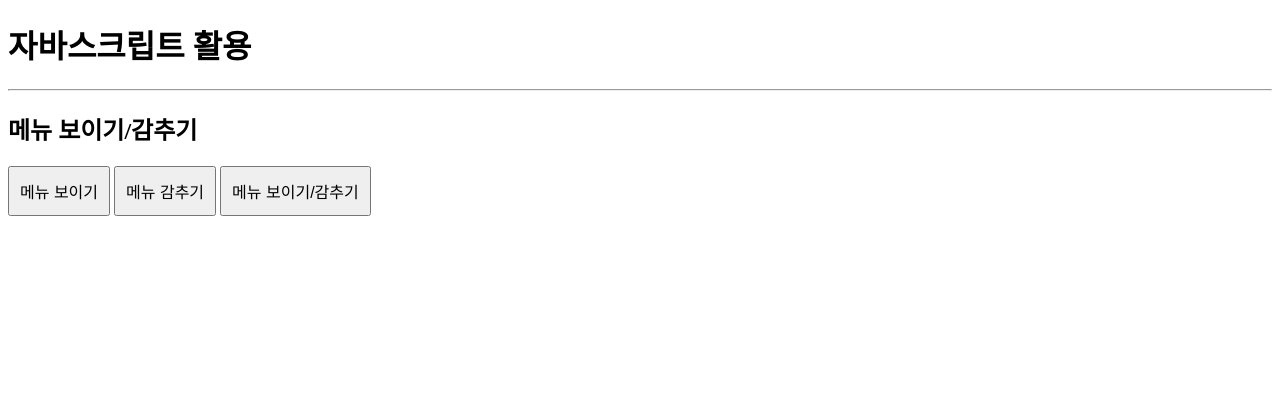
Repository: god5228god/Jsp
Page: WebApp03/WebContent/Test037.html
The author's editor kept a copy of each file at every save. The page is drawn from the files as they stood at one save, then again after the next save.
The browser window is 1280 px wide. The pictures show the whole page.
After loading, the first visible `input.btn` was clicked once.

Above is the page before, as saved 2026-02-26 02:06:38.

### WebApp03/WebContent/Test037.html
<!DOCTYPE html>
<html>
<head>
<meta charset="UTF-8">
<title>Test037.html</title>
<style type="text/css">
.btn{padding: 0 10px; height: 50px; font-size: 16px;}
#menuTable{display: none;}

</style>
<script type="text/javascript" src="js/myMenu.js"></script>
</head>
<body>
<div>
	<h1>자바스크립트 활용</h1>
	<hr>
</div>
<div>
	<h2>메뉴 보이기/감추기</h2>

	<div>
		<form>
			<!-- 클릭시 메뉴 테이블 보이기(그리기) -->
			<input type="button" class="btn"  value="메뉴 보이기" onclick="myMenu(1)"/>
			<!-- 클릭시 메뉴 테이블 감추기(그리지 않기) -->
			<input type="button" class="btn"  value="메뉴 감추기" onclick="myMenu(2)"/>
			<!-- hover시 메뉴 테이블 토글-->
			<input type="button" class="btn btn2"  value="메뉴 보이기/감추기"
				onmouseover="actionShow()" onmouseout="actionHide()"/>

		</form>
	</div>
	<br><br>
	<div id="menuTable">
		<table>
			<tr>
				<td>JAVA 기초</td>
			</tr>
			<tr>
				<td>Oracle 중급</td>
			</tr>
			<tr>
				<td>JSP 고급</td>
			</tr>
			<tr>
				<td>Servlet 활용</td>
			</tr>
		</table>
	</div>
</div>
</body>
</html>

### WebApp03/WebContent/js/myMenu.js
/*
function actionShow()
{
	let menu = document.getElementById("menuTable");

	menu.style.display = "block";
}

function actionHide()
{
	let menu = document.getElementById("menuTable");

	menu.style.display ="none";

}*/

function myMenu(status){

	alert(status);
	let menu = document.getElementById("menuTable");

	if(status ==1){


	}else{

	}
}

After the next save:
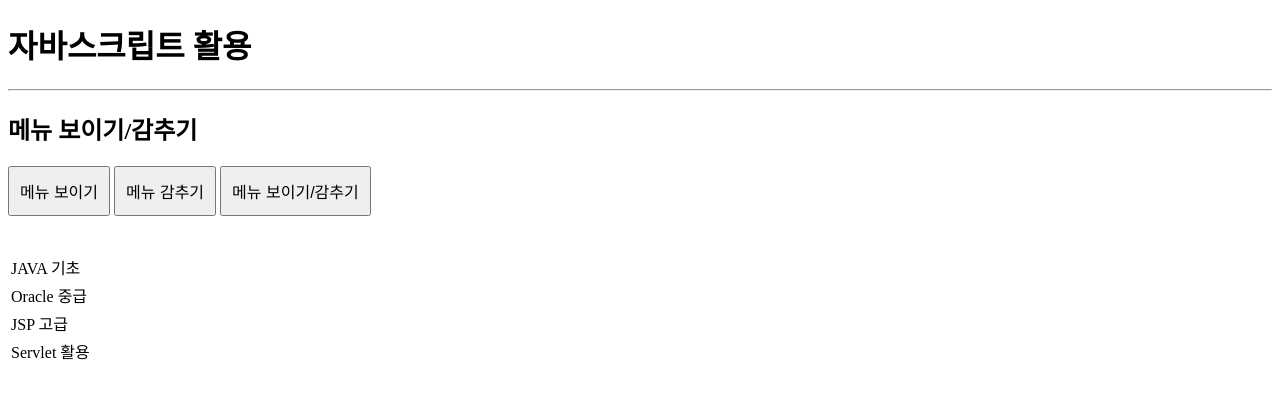
Saved 27 s later.
--- a/WebApp03/WebContent/js/myMenu.js
+++ b/WebApp03/WebContent/js/myMenu.js
@@ -16,13 +16,13 @@ function actionHide()
 
 function myMenu(status){
 
-	alert(status);
+	// alert(status);
 	let menu = document.getElementById("menuTable");
 
 	if(status ==1){
-
+		menu.style.display = "block";
 
 	}else{
-
+		menu.style.display ="none";
 	}
 }
